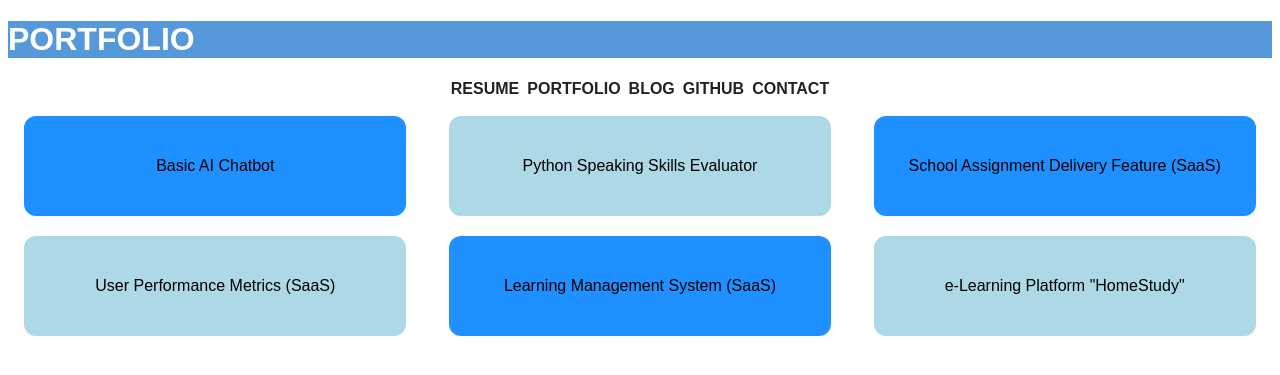
Repository: tokyopdm/tokyopdm.github.io
Page: pages/portfolio.html
The author's editor kept a record of every edit. The page is drawn from the files as they stood at one moment, then again after the next edit.
The browser window is 1280 px wide. The pictures show the whole page.

Above is the page before.

### pages/portfolio.html
<!DOCTYPE html>
<html>
    <head>
        <title>Christine Bagarino | Portfolio</title>
        <meta charset="utf-8">
        <meta name="viewport" content="width=device-width">
        <meta name="description" content="This is a personal website built for Product School by Christine Bagarino">
        <link rel="stylesheet" href="../style.css" type="text/css" />

    </head>
    <body>
        <div>
            <h1>PORTFOLIO</h1>
        </div>
        <nav>
            <a href="./cv.pdf" target="_blank">RESUME</a>
            <a href="./pages/portfolio.html">PORTFOLIO</a>
            <a href="https://medium.com/@tokyopdm" target="_blank">BLOG</a>
            <a href="https://github.com/tokyopdm/" target="_blank">GITHUB</a>
            <a href="pages/contact.html">CONTACT</a>
        </nav>
        <br>
        <div>
            <ul class="list-tiles">
                <li>Basic AI Chatbot</li>
                <li>Python Speaking Skills Evaluator</li>
                <li>School Assignment Delivery Feature (SaaS)</li>
                <li>User Performance Metrics (SaaS)</li>
                <li>Learning Management System (SaaS)</li>
                <li>e-Learning Platform "HomeStudy"</li>
            </ul>
        </div>
    </body>
</html>

### style.css
body {
    background: #ffffff;
    font-family: 'Playfair Display', serif;
}
h1 {
    background: #5599da;
    color: white;
    font-family: 'Montserrat', sans-serif;
}
h2 {
    font-family: 'Montserrat', sans-serif;
    opacity: 0.7;
}
a {
    font-family: 'Montserrat', sans-serif;
}
nav {
    text-align: center;
}
nav a {
    color: #222222;
    font-weight: bold;
    text-decoration: none;
    padding: 2px;
}
nav a:hover {
    background: #5599da;
    color: white;
    padding: 2px;
    border: 1px solid transparent;
    border-radius: 4px;
    transition: .5s;
}
.list-tiles {
    display: flex;
    flex-wrap: wrap;
    justify-content: space-around;
    align-content: center;
    align-items: center;
    margin: -10px -5px;
    padding: 0;
    font-family: 'Montserrat', sans-serif;
}
.list-tiles li {
    margin: 10px 5px;
    list-style-type: none;
    border-radius: 12px;
    width: 30%;
    height: 100px;
    background: dodgerblue;
    text-align: center;
    line-height: 100px;
    transition: .5s;
}
.list-tiles li:nth-child(2) {
    background: lightblue;
}
.list-tiles li:nth-child(4) {
    background: lightblue;
}
.list-tiles li:nth-child(6) {
    background: lightblue;
}
.list-tiles li:hover {
    background: blue;
    color: #ffffff;
}

After the next edit:
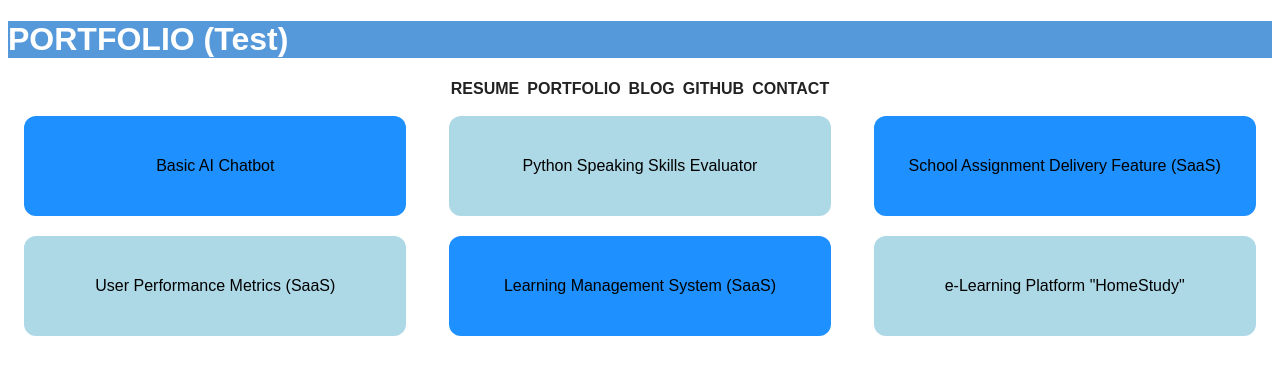
The edit:
--- a/pages/portfolio.html
+++ b/pages/portfolio.html
@@ -10,11 +10,11 @@
     </head>
     <body>
         <div>
-            <h1>PORTFOLIO</h1>
+            <h1>PORTFOLIO (Test)</h1>
         </div>
         <nav>
-            <a href="./cv.pdf" target="_blank">RESUME</a>
-            <a href="./pages/portfolio.html">PORTFOLIO</a>
+            <a href="cv.pdf" target="_blank">RESUME</a>
+            <a href="pages/portfolio.html">PORTFOLIO</a>
             <a href="https://medium.com/@tokyopdm" target="_blank">BLOG</a>
             <a href="https://github.com/tokyopdm/" target="_blank">GITHUB</a>
             <a href="pages/contact.html">CONTACT</a>
